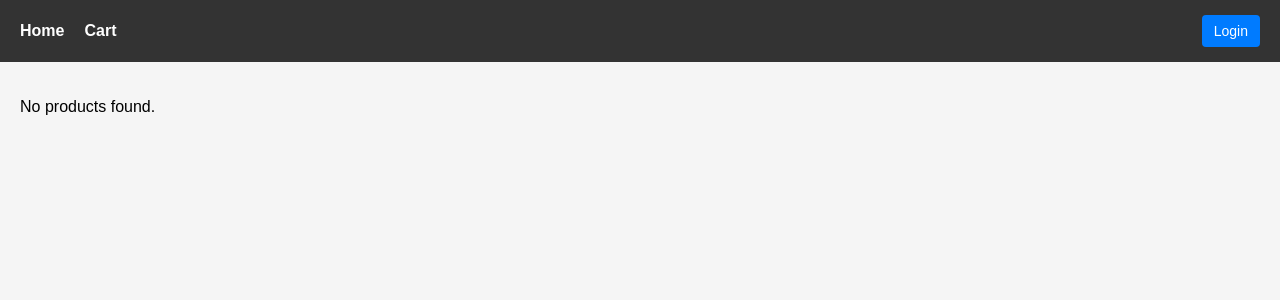
Repository: Hitesh8980/shop
Page: / (app in ecommerce-frontend/)
The author's editor kept a copy of each file at every save. The page is drawn from the files as they stood at one save, then again after the next save.
The browser window is 1280 px wide. The pictures show the whole page.
The page's requests for data from a server got no answer. The project was rebuilt for these pictures with package versions that can differ from the ones it lists, and the page was loaded fresh each time. No one was signed in, and anything a server would have sent is missing. Also part of the build but not shown: ecommerce-frontend/vite.config.js, ecommerce-frontend/src/pages/Cart.jsx, ecommerce-frontend/src/utils/api.js, ecommerce-frontend/src/utils/razorpay.js, ecommerce-frontend/src/utils/auth.js, ecommerce-frontend/src/pages/Checkout.jsx, ecommerce-frontend/src/pages/Login.jsx, ecommerce-frontend/src/components/ProtectedRoute.jsx and 1 more.

Above is the page before, as saved 2025-03-18 20:54:01.

After the next save:
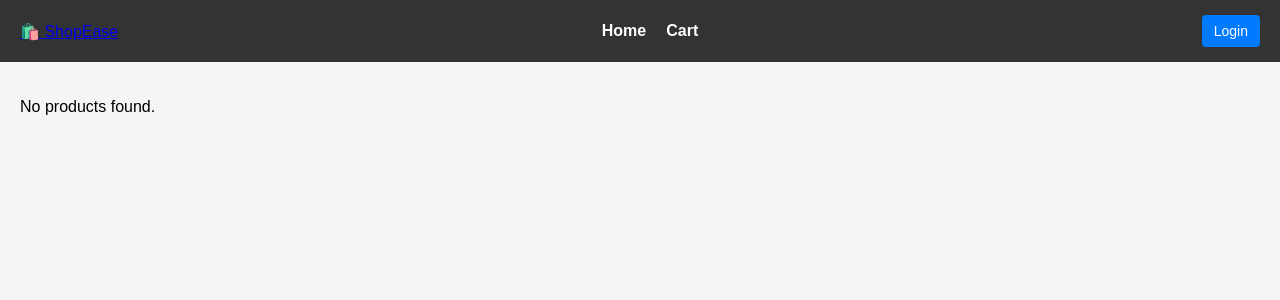
Saved 3 min 33 s later.
--- a/ecommerce-frontend/src/components/Navbar.jsx
+++ b/ecommerce-frontend/src/components/Navbar.jsx
@@ -6,6 +6,7 @@ import "../index.css";
 const Navbar = () => {
   const dispatch = useDispatch();
   const { user } = useSelector((state) => state.auth);
+  const cartItems = useSelector((state) => state.cart.cart.length);
 
   const handleLogout = () => {
     dispatch(logout());
@@ -13,15 +14,26 @@ const Navbar = () => {
 
   return (
     <nav className="navbar">
+      <div className="logo">
+        <Link to="/">🛍️ ShopEase</Link>
+      </div>
+
       <div className="nav-links">
         <Link to="/">Home</Link>
-        <Link to="/cart">Cart</Link>
+        <Link to="/cart" className="cart-link">
+          Cart
+          {cartItems > 0 && <span className="cart-badge">{cartItems}</span>}
+        </Link>
       </div>
-      <div>
+
+      <div className="auth-section">
         {user ? (
-          <button className="logout-button" onClick={handleLogout}>
-            Logout
-          </button>
+          <div className="user-menu">
+            <span className="user-name">👤 {user.name}</span>
+            <button className="logout-button" onClick={handleLogout}>
+              Logout
+            </button>
+          </div>
         ) : (
           <Link to="/login">
             <button className="login-button">Login</button>
